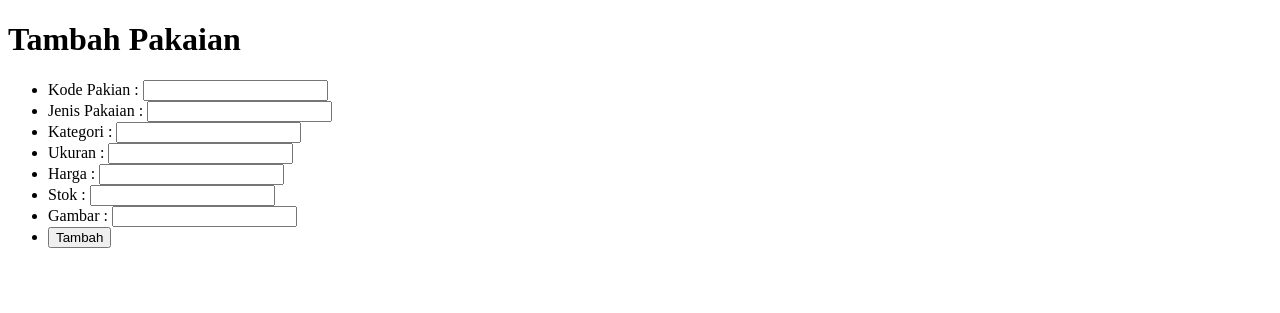
Repository: NovianRI/NovianRI.github.io
Page: http://localhost/tambah.php
The author's editor kept a copy of each file at every save. The page is drawn from the files as they stood at one save, then again after the next save.
The browser window is 1280 px wide. The pictures show the whole page.
The page is run by PHP 8.4 with error messages shown; the project is at /var/www/html/.

Above is the page before, as saved 2024-01-16 22:53:47.

### tambah.php
<?php

require 'function.php';

if ( isset($_POST["submit"])) {
    if ( tambah($_POST) > 0) {
        echo "<script>
                alert('Data Berhasil Ditambahkan');
                document.location.href = 'index.php';
            </script>";
    } else {
        echo "<script>
                alert('Data Gagal Ditambahkan');
                document.location.href = 'index.php';
            </script>";
    }
}

?>



<!DOCTYPE html>
<html lang="en">
<head>
    <meta charset="UTF-8">
    <meta name="viewport" content="width=device-width, initial-scale=1.0">
    <title>Tambah Pakaian</title>
</head>
<body>
    <h1>Tambah Pakaian</h1>

    <form action="" method="post">
        <ul>
            <li>
                <label for="kode_pakaian">Kode Pakian : </label>
                <input type="text" name="kode_pakaian" id="kode_pakaian">
            </li>
            <li>
                <label for="jenis">Jenis Pakaian : </label>
                <input type="text" name="jenis" id="jenis">
            </li>
            <li>
                <label for="kategori">Kategori : </label>
                <input type="text" name="kategori" id="kategori">
            </li>
            <li>
                <label for="ukuran">Ukuran : </label>
                <input type="text" name="ukuran" id="ukuran">
            </li>
            <li>
                <label for="harga">Harga : </label>
                <input type="text" name="harga" id="harga">
            </li>
            <li>
                <label for="stok">Stok : </label>
                <input type="text" name="stok" id="stok">
            </li>
            <li>
                <label for="gambar">Gambar : </label>
                <input type="text" name="gambar" id="gambar">
            </li>
            <li>
                <button type="submit" name="submit">Tambah</button>
            </li>
        </ul>
    </form>
</body>
</html>

### function.php
<?php

$koneksi = mysqli_connect("localhost", "root", "", "latihan_crud");

function query($query){
    global $koneksi;

    $result = mysqli_query($koneksi, $query);
    $rows = [];
    while ( $row = mysqli_fetch_assoc ($result)){
        $rows[] = $row;
    }
    return $rows;
}

function tambah($data){
    global $koneksi;

    $kodepakaian = htmlspecialchars($data["kode_pakaian"]);
    $jenis = htmlspecialchars($data["jenis"]);
    $kategori = htmlspecialchars($data["kategori"]);
    $ukuran = htmlspecialchars($data["ukuran"]);
    $harga = htmlspecialchars($data["harga"]);
    $stok = htmlspecialchars($data["stok"]);
    $gambar = htmlspecialchars($data["gambar"]);

    $query = "SELECT INTO tokopak Value ('', '$kodepakaian', '$jenis', '$kategori', '$ukuran','$harga', '$stok', '$gambar')";
    mysqli_query($koneksi, $query);

    return mysqli_affected_rows($koneksi);
}

?>

After the next save:
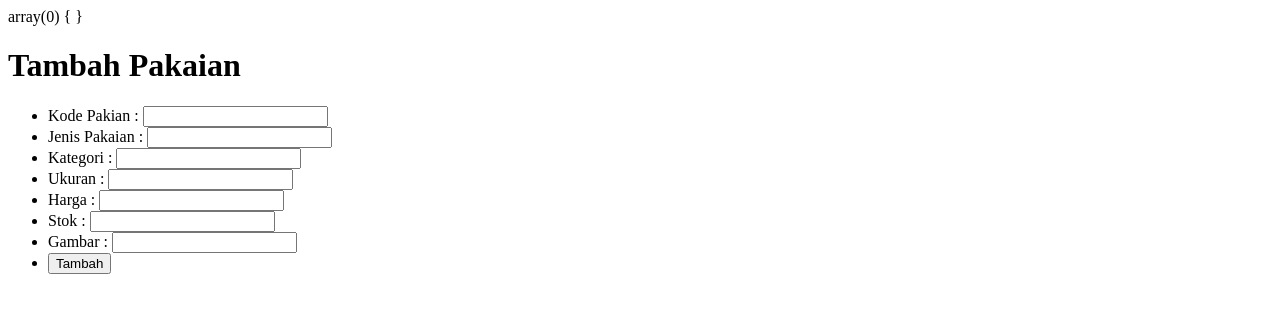
Saved 3 min 32 s later.
--- a/tambah.php
+++ b/tambah.php
@@ -15,6 +15,8 @@
             </script>";
     }
 }
+
+var_dump($_POST);
 
 ?>
 

After the save that followed:
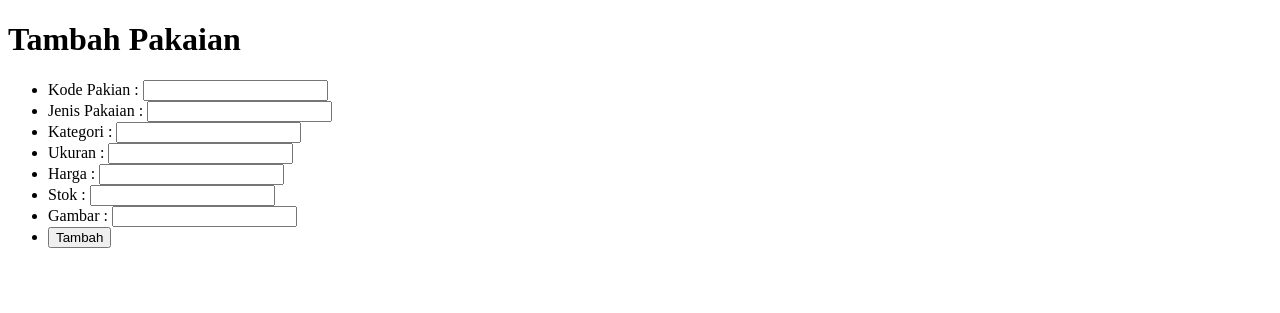
Saved 22 s later.
--- a/tambah.php
+++ b/tambah.php
@@ -16,7 +16,6 @@
     }
 }
 
-var_dump($_POST);
 
 ?>
 
